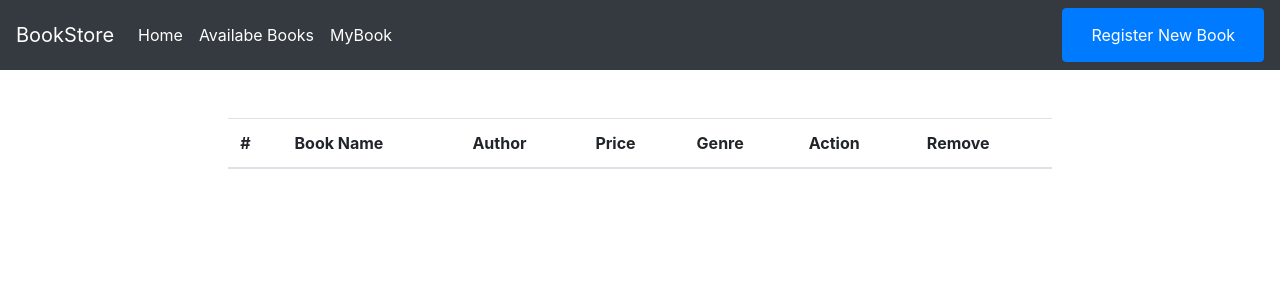
Repository: Sumanta-Sahoo/BookStoreApp
Page: http://localhost/myBooks
An editor plug-in stored every save of this project. The page is shown before and after the next save, followed by the edit.
The browser window is 1280 px wide. The pictures show the whole page.
The page is this project's Thymeleaf template; nobody is signed in. The template is opened directly, without the code that normally fills it, so the values that code supplies are empty.

Above is the page before, as saved 2024-03-19 07:32:21.

After the next save:
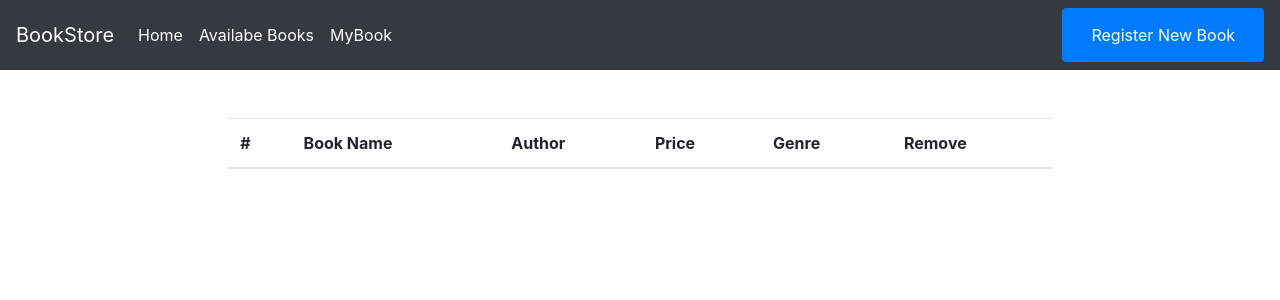
Saved 4 min 49 s later.
--- a/bookstore/src/main/resources/templates/myBooks.html
+++ b/bookstore/src/main/resources/templates/myBooks.html
@@ -51,7 +51,6 @@
 					<th scope="col">Author</th>
 					<th scope="col">Price</th>
 					<th scope="col">Genre</th>
-					<th scope="col">Action</th>
 					<th scope="col">Remove</th>
 				</tr>
 			</thead>
@@ -62,7 +61,6 @@
 					<td th:text="${b.myBookAuthor}"></td>
 					<td th:text="${b.myBookPrice}"></td>
 					<td th:text="${b.myBookGenre}"></td>
-					<td class="btn btn-secondary btn-sm">Add to myBook</td>
 					<td><a style="color:red" th:href="@{/deleteMyList/{id}(id=${b.myBookId})}"><i class="fa-solid fa-trash"></i>Delete</a></td>
 				</tr>
 			</tbody>
